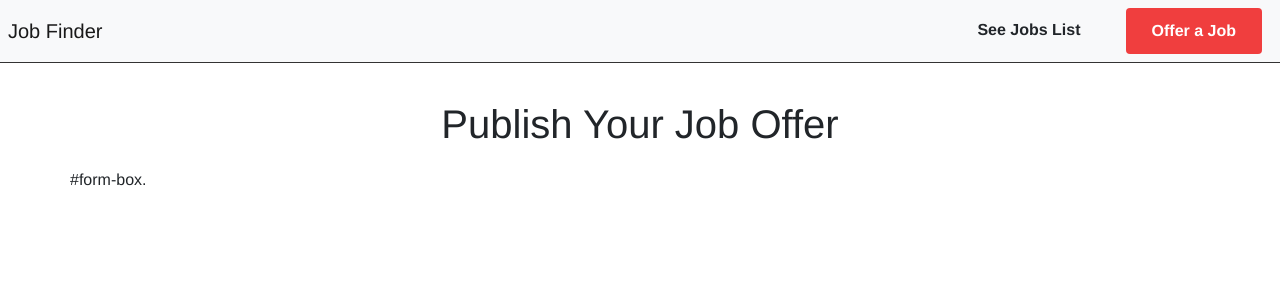
Repository: doncsar/couse-jobfinder-app
Page: templates/add.html
The author's editor kept a copy of each file at every save. The page is drawn from the files as they stood at one save, then again after a run of saves.
The browser window is 1280 px wide. The pictures show the whole page.

Above is the page before, as saved 2023-12-20 20:18:15.

### templates/add.html
<!DOCTYPE html>
   <head>
      <meta charset="UTF-8" />
      <meta name="viewport" content="width=device-width, initial-scale=1.0" />
      <title>Add Job</title>
      <link
         href="https://cdn.jsdelivr.net/npm/bootstrap@5.2.3/dist/css/bootstrap.min.css"
         rel="stylesheet"
         integrity="sha384-rbsA2VBKQhggwzxH7pPCaAqO46MgnOM80zW1RWuH61DGLwZJEdK2Kadq2F9CUG65"
         crossorigin="anonymous"
      />
      <link rel="stylesheet" href="../public/css/styles.css" />
   </head>
<body>
         <header>
         <nav class="navbar fixed-top navbar-expand-lg navbar-light bg-light">
            <a href="index.html" class="navbar-brand">Job Finder</a>
            <button
               class="navbar-toggler"
               type="button"
               data-bs-toggle="collapse"
               data-bs-target="#navbarNav"
               aria-controls="navbarNav"
               aria-expanded="false"
               aria-label="Toggle navigation "
            >
               <span class="navbar-toggle-icon"></span>
            </button>
            <div
               class="collapse navbar-collapse justify-content-end"
               id="navbarNav"
            >
               <ul class="navbar-nav ml-auto">
                  <li class="nav-item">
                     <a class="nav-link" href="index.html">See Jobs List</a>
                  </li>
                  <li class="nav-item">
                     <a href="#" class="nav-link btn btn-primary"
                        >Offer a Job</a
                     >
                  </li>
               </ul>
            </div>
         </nav>
      </header>
      <div id="add-form-container" class="container">
         <div class="row">
            <div class="col-md-12">
               <h1 class="text-center">Publish Your Job Offer</h1>
            </div>
            #form-box.
         </div>
      </div>


      <script
         src="https://cdn.jsdelivr.net/npm/bootstrap@5.2.3/dist/js/bootstrap.bundle.min.js"
         integrity="sha384-kenU1KFdBIe4zVF0s0G1M5b4hcpxyD9F7jL+jjXkk+Q2h455rYXK/7HAuoJl+0I4"
         crossorigin="anonymous"
      ></script>
</body>
</html>

### public/css/styles.css
* {
   box-sizing: border-box;
   font-family: Helvetica, sans-serif;
}

/* nav */
.navbar {
   padding: 0.5rem;
   border-bottom: 1px solid #333;
   display: flex;
   justify-content: space-around;
}

.navbar .nav-item a {
   color: #212529;

}

.navbar .btn a {
   color: #fff;
}

.nav-item {
   margin: 0 10px;
}

.navbar-expand-lg .navbar-nav .nav-link {
   padding: 10px 25px;
   font-weight: bold;
}

.navbar .nav-item .btn {
   color: #fff;
   background-color: #f03e3e;
   border: 1px solid transparent;
   border-radius: 4px;
}

.nav-link.btn.btn-primary:hover,
#search-form button:hover,
.list-group-item a:hover,
#form-box button:hover {
   background-color: #fff;
   color: #f03e3e;
   border-color: #f03e3e;
   border-radius: 4px;
}

/* banner */
#top-container {
  height: 32rem;
   padding: 110px;
   background-color: #f7f9fc;
   border-bottom: 4px solid #01224b;
   margin-bottom: 30px;
   background-image: url('../img/banner2.jpg');
   background-position: 0 80px;
   background-size: cover;
   color: #fff;
}

#main-title {
   padding: 25px 10px;
   font-size: 3rem;
}

#main-subtitle {
   font-size: 1rem;
   margin-bottom: 5rem;
}

/* form */

#search-form {
   padding: 30px 100px;
}

#search-form .col-md-10,
#search-form .col-md-2 {
   padding: 0;
}

#search-form input,
#search-form button {
   width: 100%;
   border-radius: 0;
   height: 50px;
   font-size: 18px;
}

#search-form button {
   color: #fff;
   background-color: #f03e3e;
   border: 1px solid transparent;
   border-radius: 4px;
}

/* lista */

#jobs-container {
   padding: 0 100px;
   padding-bottom: 50px;
}

#job-list .list-group-item {
   margin-bottom: 8px;
   border: 1px solid #ffbebe;
   padding: 15px 80px;
   color: #212529;
   height: 120px;
}

#job-list .list-group-item p {
   font-size: 14px;
   margin-bottom: 5px;
}

#job-list .list-group-item.new-job {
   border: none;
   background-color: #fff7cc;
}

#job-list-title {
   margin-bottom: 35px;
}

.list-group-item img {
   width: 80px;
   border: 1px solid #212529;
   border-radius: 50%;
   background-color: #fff;
   position: absolute;
   left: -40px;
   top: calc(50% - 40px);
}

.list-group-item a {
   position: absolute;
   right: 20px;
   top: 35px;
   height: 50px;
   line-height: 35px;
   background-color: #f03e3e;
   border: 1px solid transparent;
   border-radius: 6px;
   color: #fff;
}

.new-job-label {
   background-color: #fde154;
   color: #6a6100;
   text-transform: uppercase;
   font-weight: bold;
   padding: 5px 10px;
   position: absolute;
   right: 250px;
   top: 40px;
   display: none;
}

.new-job .new-job-label {
   display: block;
}

/* add page */

#add-form-container {
   margin-top: 100px;
}

#form-box {
   padding: 50px;
   box-shadow: 0 1px 5px rgba(0, 0, 0, 0.15);
   border-radius: 4px;
   background-color: #fff;
   margin-bottom: 50px;
}

#add-form-container h1 {
   margin-bottom: 20px;
}

#add-form-container h2 {
   color: #f03e3e;
   font-weight: bold;
   font-size: 24px;
   margin-bottom: 30px;
}

#add-form-container form label {
   font-weight: bold;
}

#add-form-container form input,
#add-form-container form textarea {
   border: 2px solid #ccc;
   background-color: #f8f9fa;
}

#form-box button {
   height: 50px;
   width: 200px;
   background-color: #f03e3e;
   border: 1px solid transparent;
   border-radius: 0;
   margin-top: 20px;
}

/* job-view */

#job-view-container {
   margin-top: 100px;
}

#job-view-container h1 {
   margin-bottom: 30px;
}

#img-container {
   margin-top: 20px;
   margin-bottom: 30px;
}

#img-container img {
   width: 100px;
   border-radius: 50%;
   border: 1px solid #212529;
}

.job-desc {
   width: 60%;
   margin-left: auto;
   margin-right: auto;
}

.bold {
   font-weight: bold;
}

.main-color {
   color: #f03e3e;
}

.back-link {
   border: 1px solid #f03e3e;
   padding: 5px 10px;
   transition: 0.5s;
}

.back-link:hover {
   background-color: #f03e3e;
   color: #fff;
   text-decoration: none;
}

/* responsivo */

@media (max-width: 481px) {
   /* navbar */
   #navbarNav {
      text-align: center;
   }

   /* home */
   #top-container {
      padding: 50px;
      padding-top: 100px;
   }

   #main-title {
      font-size: 2.2rem;
   }

   #main-subtitle {
      font-size: 1.5rem;
   }

   #search-form {
      padding: 0;
   }

   #jobs-container {
      padding: 20px;
   }

   .list-group-item {
      padding: 15px 85px;
   }

   .list-group-item h2 {
      font-size: 1.2rem;
      width: 80%;
   }

   .list-group-item img {
      width: 50px;
      left: 15px;
      top: calc(50% - 25px);
   }

   .new-job .new-job-label {
      display: none;
   }

   /* job view*/

   .back-link {
      margin-left: 30px;
   }

   #job-view-container p {
      font-size: 1.3rem;
   }

   .job-desc {
      width: 80%;
   }

   /* add view */

   #form-box {
      padding: 25px;
   }

   #form-box h2 {
      font-size: 1rem;
      text-align: center;
   }

   #form-box button {
      width: 100%;
   }
}

After the next 2 saves:
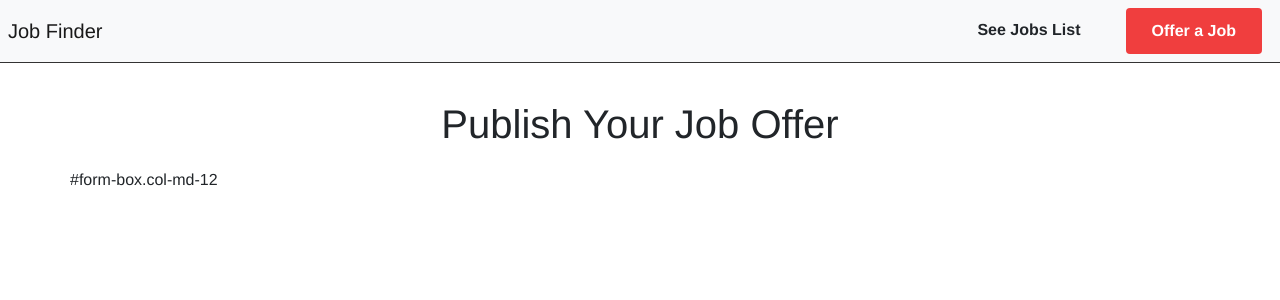
The 2 saves are shown as one change because they came seconds apart.
The last was saved 6 s later.
--- a/templates/add.html
+++ b/templates/add.html
@@ -48,7 +48,7 @@
             <div class="col-md-12">
                <h1 class="text-center">Publish Your Job Offer</h1>
             </div>
-            #form-box.
+            #form-box.col-md-12
          </div>
       </div>
 
